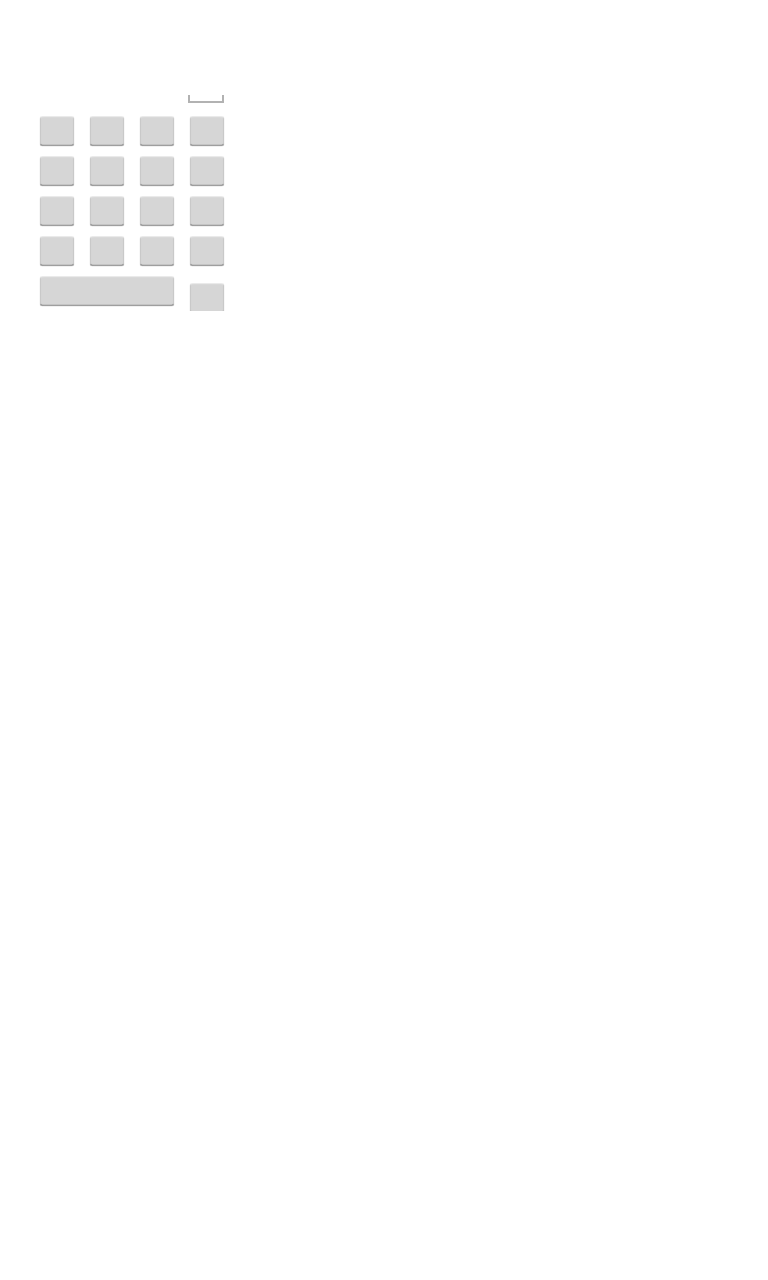
Repository: Free-Mind/eclipes
Layout: Calculator/res/layout/activity_main.xml
An editor plug-in stored every save of this project. The layout is shown before and after the next save, followed by the edit.
It is drawn on a 768 x 1280 px phone screen (xhdpi) without system bars, with theme AppTheme; the app's code is not run.

Above is the layout before, as saved 2015-04-17 17:02:03.

### Calculator/res/layout/activity_main.xml
<LinearLayout xmlns:android="http://schemas.android.com/apk/res/android"
    xmlns:tools="http://schemas.android.com/tools"
    android:layout_width="match_parent"
    android:layout_height="match_parent"
    android:paddingBottom="@dimen/activity_vertical_margin"
    android:paddingLeft="@dimen/activity_horizontal_margin"
    android:paddingRight="@dimen/activity_horizontal_margin"
    android:paddingTop="@dimen/activity_vertical_margin"
    tools:context="com.example.calculator.MainActivity" >
		<TableLayout
		    android:id="@+id/tableLayout1"
		    android:layout_width="match_parent"
		    android:layout_height="match_parent"
		 	android:collapseColumns="4"
		    >
		    <TableRow
		        android:id="@+id/tableRow_et"
		        android:layout_width="fill_parent"
		        android:layout_height="fill_parent"
		        >
		        <EditText
		            	android:id="@+id/et"
		            	android:layout_width="fill_parent"
		            	android:layout_height="fill_parent"
						android:layout_span="4"
						android:focusable="false"
		            	android:singleLine="true"
		            	android:inputType="text"
		            	android:layout_gravity="right"
		            >
		            </EditText>
		     </TableRow>

		     <TableRow
		         	android:id="@+id/tableRow"
		         	android:layout_width='fill_parent'
		         	android:layout_height="fill_parent"
		         >
		        <Button
		            	android:id="@+id/bt_7"
		            	android:layout_width="40px"
		            	android:layout_height="40px"
		            	android:text="7"
		            />

		        <Button
		            android:id="@+id/bt_8"
		            android:layout_width="40px"
		            android:layout_height="40px"
		            android:text="8"
		            />
		        <Button
		            android:id="@+id/bt_9"
		            android:layout_width="40px"
		            android:layout_height="40px"
					android:text="9"
		            />
		          <Button
		            android:id="@+id/bt_back"
		            android:layout_width="40px"
		            android:layout_height="40px"
					android:text="back"
		            />
		         </TableRow>

		     <TableRow
		         android:id="@+id/tableRow2"
		         android:layout_width="fill_parent"
		         android:layout_height="fill_parent"
		         >

		         <Button
		             android:id="@+id/bt_4"
		             android:layout_width="40px"
		             android:layout_height="40px"
		             android:text="4"
		             />
		          <Button
		             android:id="@+id/bt_5"
		             android:layout_width="40px"
		             android:layout_height="40px"
		             android:text="5"
		             />
		           <Button
		             android:id="@+id/bt_6"
		             android:layout_width="40px"
		             android:layout_height="40px"
		             android:text="6"
		             />
		            <Button
		             android:id="@+id/bt_divide"
		             android:layout_width="40px"
		             android:layout_height="40px"
		             android:text="/"
		             />
		     </TableRow>

		    <TableRow
		        	android:id="@+id/tableRow3"
		        	android:layout_width="fill_parent"
		        	android:layout_height="fill_parent"
		        >
		             <Button
			             android:id="@+id/bt_1"
			             android:layout_width="40px"
			             android:layout_height="40px"
			             android:text="1"
		             />
		             <Button
			             android:id="@+id/bt_2"
			             android:layout_width="40px"
			             android:layout_height="40px"
			             android:text="2"
		             />
		             <Button
			             android:id="@+id/bt_3"
			             android:layout_width="40px"
			             android:layout_height="40px"
			             android:text="3"
		             />
		             <Button
			             android:id="@+id/bt_multiply"
			             android:layout_width="40px"
			             android:layout_height="40px"
			             android:text="*"
		             />
		        </TableRow>

		     <TableRow
		        	android:id="@+id/tableRow4"
		        	android:layout_width="fill_parent"
		        	android:layout_height="fill_parent"
		        >
		             <Button
			             android:id="@+id/bt_0"
			             android:layout_width="50px"
			             android:layout_height="40px"
			             android:text="0"
		             />
		             <Button
			             android:id="@+id/bt_point"
			             android:layout_width="50px"
			             android:layout_height="40px"
			             android:text="."
		             />
		             <Button
			             android:id="@+id/bt_add"
			             android:layout_width="50px"
			             android:layout_height="40px"
			             android:text="+"
		             />
		             <Button
			             android:id="@+id/bt_sub"
			             android:layout_width="50px"
			             android:layout_height="40px"
			             android:text="-"
		             />
		        </TableRow>

		     <TableRow
		        android:id="@id/tableRow4"
		        android:layout_width="fill_parent"
		        android:layout_height="fill_parent"
		         >
		         <Button
			             android:id="@+id/bt_equal"
			             android:layout_width="fill_parent"
			             android:layout_height="fill_parent"
			             android:layout_span="3"
			             android:text="="
		             />
		         <Button
			             android:id="@+id/bt_clear"
			             android:layout_width="50px"
			             android:layout_height="40px"
			             android:text="clear"
		             />

		     </TableRow>
 			</TableLayout>
</LinearLayout>

Loaded but not shown: Calculator/res/values/styles.xml (common file); Calculator/res/values-v11/styles.xml (common file); Calculator/res/values-v14/styles.xml (common file); Calculator/res/values/dimens.xml (common file); Calculator/res/values-w820dp/dimens.xml (common file)

After the next save:
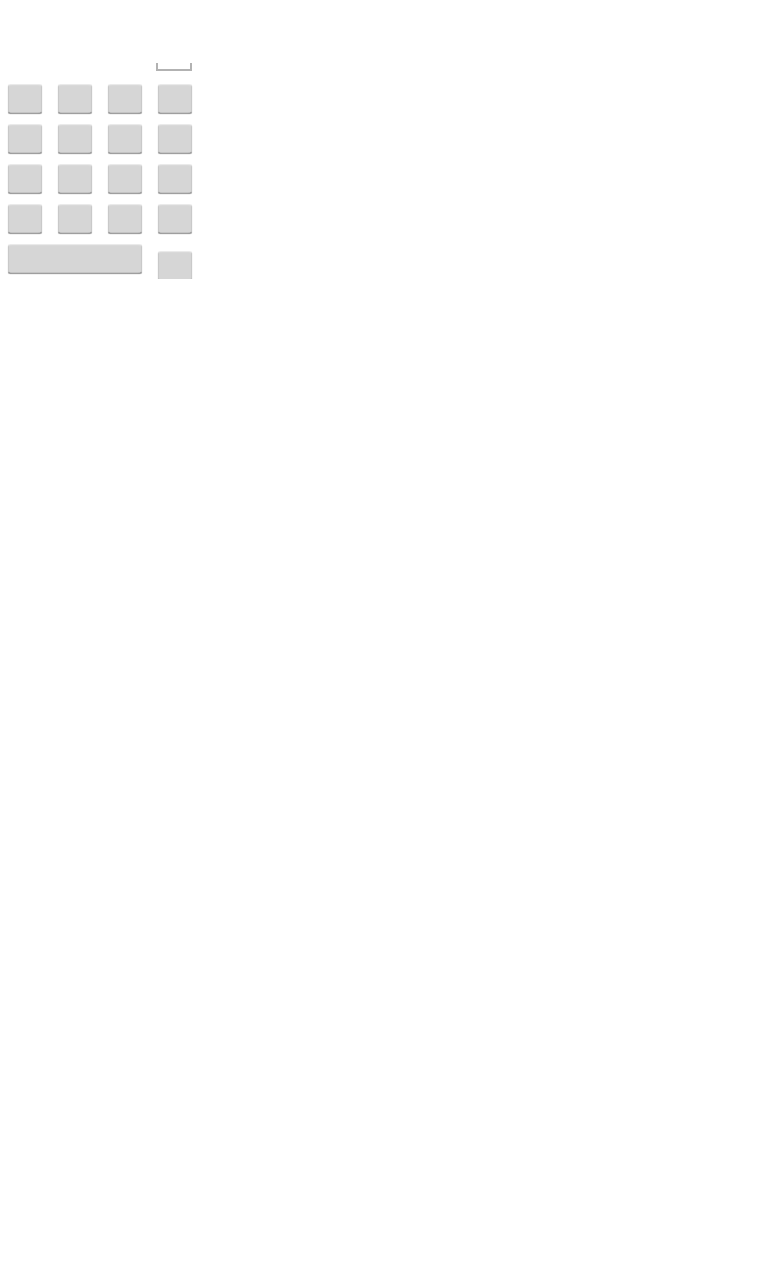
Saved 4 min 16 s later.
--- a/Calculator/res/layout/activity_main.xml
+++ b/Calculator/res/layout/activity_main.xml
@@ -1,12 +1,8 @@
-<LinearLayout xmlns:android="http://schemas.android.com/apk/res/android"
-    xmlns:tools="http://schemas.android.com/tools"
-    android:layout_width="match_parent"
-    android:layout_height="match_parent"
-    android:paddingBottom="@dimen/activity_vertical_margin"
-    android:paddingLeft="@dimen/activity_horizontal_margin"
-    android:paddingRight="@dimen/activity_horizontal_margin"
-    android:paddingTop="@dimen/activity_vertical_margin"
-    tools:context="com.example.calculator.MainActivity" >
+<LinearLayout  xmlns:android="http://schemas.android.com/apk/res/android"
+    android:layout_width="fill_parent"
+     android:layout_height="fill_parent"
+     android:orientation="vertical" >
+
 		<TableLayout
 		    android:id="@+id/tableLayout1"
 		    android:layout_width="match_parent"
